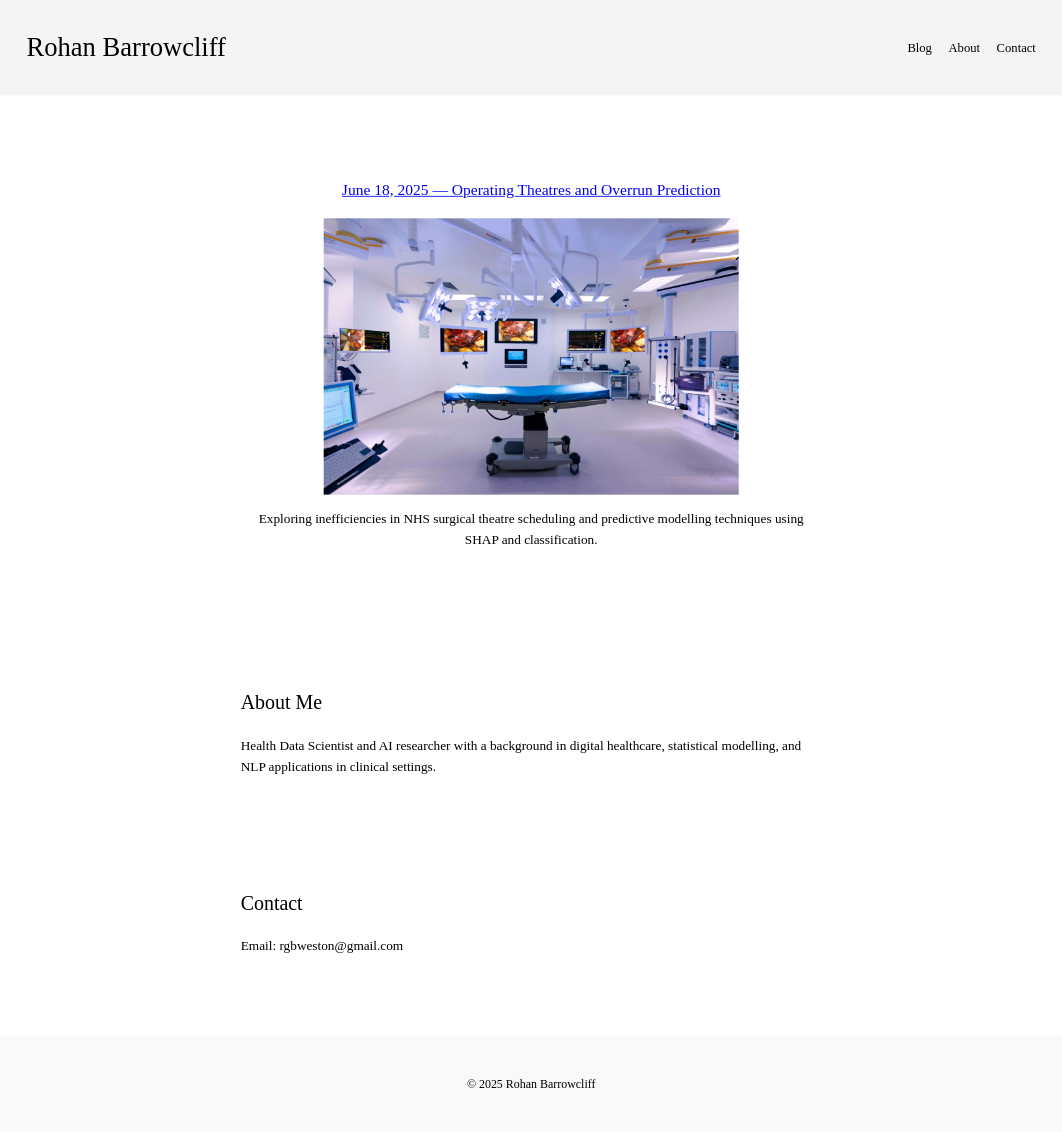
Repository: rgbweston/rgbweston.github.io
Page: index.html
The author's editor kept a copy of each file at every save. The page is drawn from the files as they stood at one save, then again after the next save.
The browser window is 1280 px wide. The pictures show the whole page, at 83% of full size.

Above is the page before, as saved 2025-06-26 18:29:03.

After the next save:
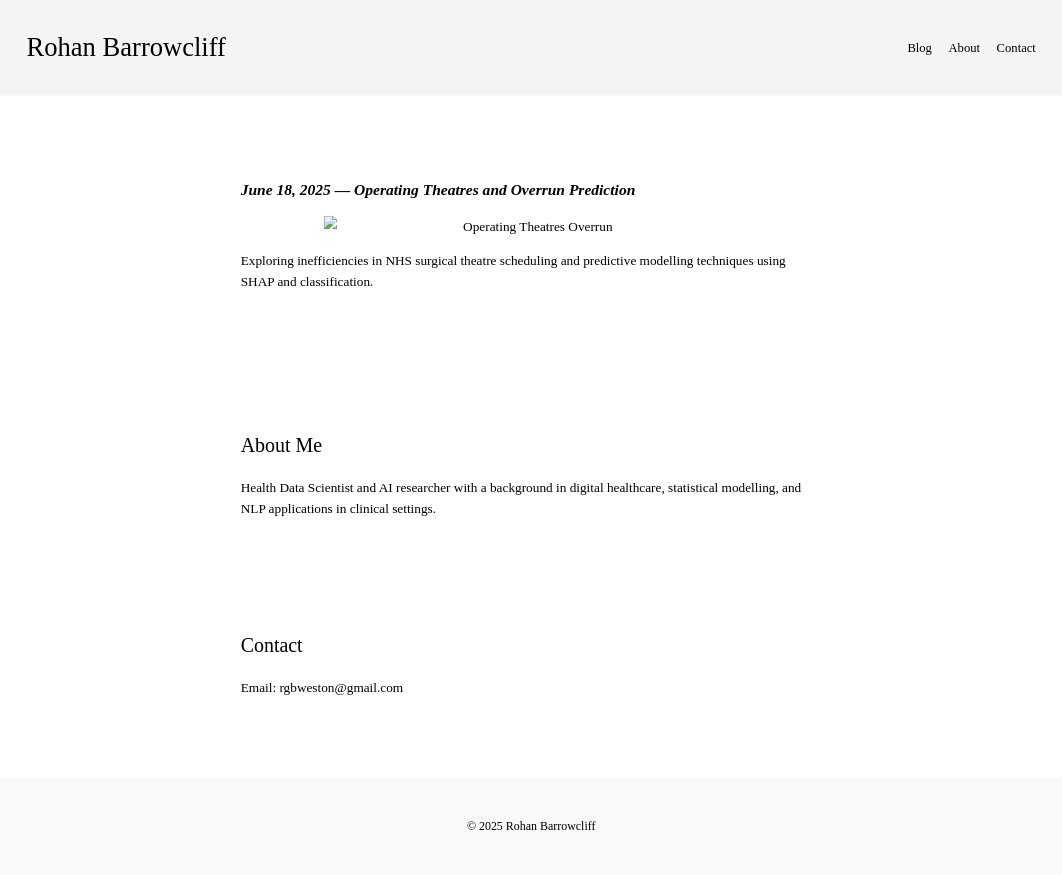
Not found: theatre_room.jpeg
Saved 2 min 40 s later.
--- a/index.html
+++ b/index.html
@@ -2,14 +2,13 @@
 <html lang="en">
 <head>
   <!-- Google tag (gtag.js) -->
-<script async src="https://www.googletagmanager.com/gtag/js?id=G-14QPLF39JS"></script>
-<script>
-  window.dataLayer = window.dataLayer || [];
-  function gtag(){dataLayer.push(arguments);}
-  gtag('js', new Date());
-
-  gtag('config', 'G-14QPLF39JS');
-</script>
+  <script async src="https://www.googletagmanager.com/gtag/js?id=G-14QPLF39JS"></script>
+  <script>
+    window.dataLayer = window.dataLayer || [];
+    function gtag(){dataLayer.push(arguments);}
+    gtag('js', new Date());
+    gtag('config', 'G-14QPLF39JS');
+  </script>
   <meta charset="UTF-8" />
   <meta name="viewport" content="width=device-width, initial-scale=1.0" />
   <meta name="description" content="Rohan Barrowcliff's personal site." />
@@ -18,6 +17,24 @@
   <link rel="icon" href="favicon.ico" type="image/x-icon" />
   <link rel="shortcut icon" href="favicon.ico" type="image/x-icon" />
   <link rel="stylesheet" href="style.css" />
+  <style>
+    /* Override blog post alignment and link styling */
+    .post-title {
+      text-align: left;
+      margin-bottom: 0.5rem;
+    }
+    .post-link {
+      text-decoration: none;
+      color: inherit;
+      font-weight: bold;
+      font-style: italic;
+    }
+    .post-description {
+      text-align: left;
+      max-width: 700px;
+      margin: auto;
+    }
+  </style>
 </head>
 <body>
   <header class="hero">
@@ -37,12 +54,14 @@
     <section class="section" id="blog">
       <article class="post">
         <h3 class="post-title">
-          <a href="operating-theatres-overrun-prediction.html" class="post-link">June 18, 2025 — Operating Theatres and Overrun Prediction</a>
+          <a href="operating-theatres-overrun-prediction.html" class="post-link">
+            June 18, 2025 — Operating Theatres and Overrun Prediction
+          </a>
         </h3>
-        <img src="theatre_room.jpg"
+        <img src="theatre_room.jpeg"
              alt="Operating Theatres Overrun"
              class="post-image preview-image" />
-        <p>Exploring inefficiencies in NHS surgical theatre scheduling and predictive modelling techniques using SHAP and classification.</p>
+        <p class="post-description">Exploring inefficiencies in NHS surgical theatre scheduling and predictive modelling techniques using SHAP and classification.</p>
       </article>
     </section>
 
@@ -71,7 +90,6 @@
         }
       });
     }, { threshold: 0.1 });
-
     sections.forEach(sec => observer.observe(sec));
   </script>
 </body>
